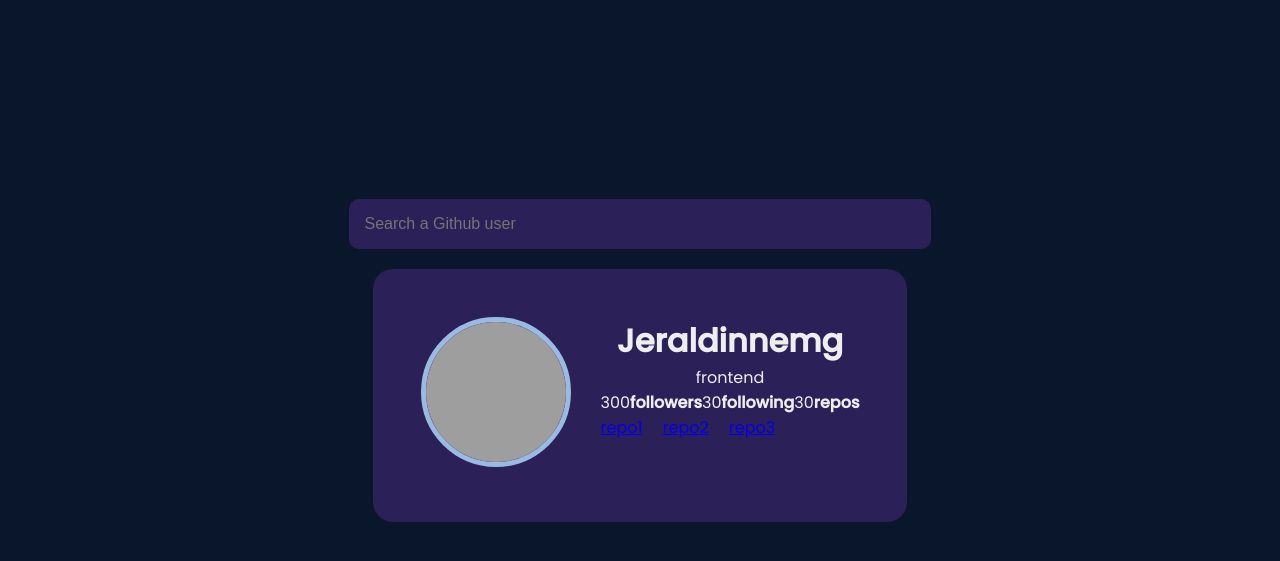
Repository: jeraldinnemg/githubprofile
Page: index.html
The author's editor kept a copy of each file at every save. The page is drawn from the files as they stood at one save, then again after the next save.
The browser window is 1280 px wide. The pictures show the whole page.
Pictures or frames that could not be fetched are drawn as grey boxes.

Above is the page before, as saved 2022-09-16 23:48:18.

After the next save:
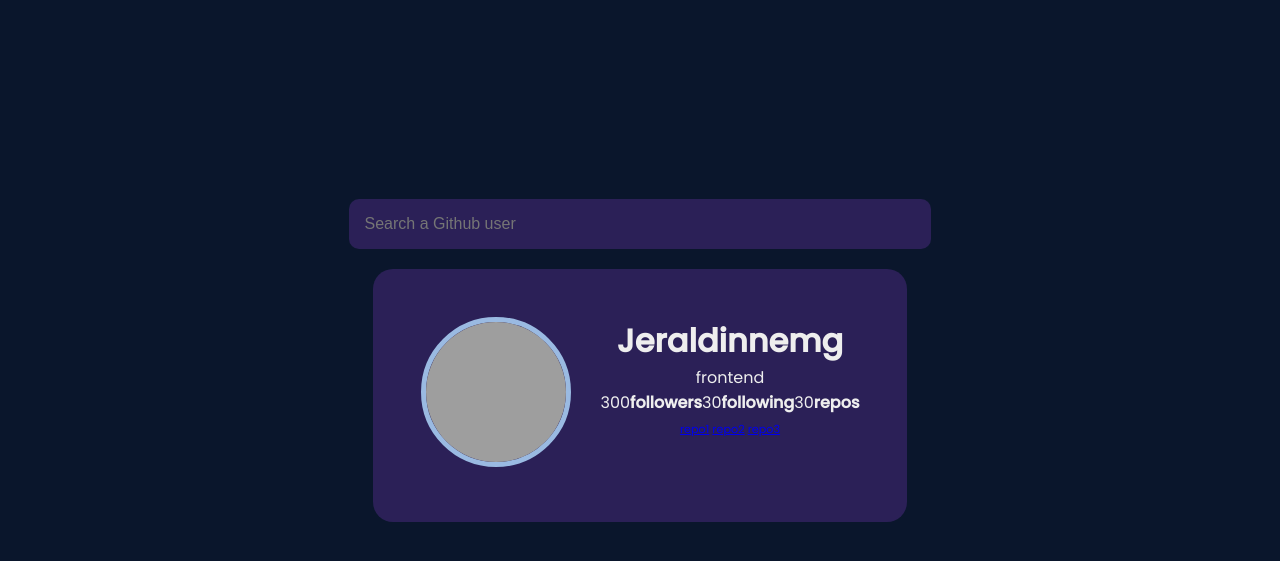
Saved 71 s later.
--- a/style.css
+++ b/style.css
@@ -101,6 +101,9 @@ img {
 
 
 .user-repos{
-    display: flex;
-    gap:20px
+    display: inline-block;
+    text-decoration: none;
+    font-size:0.7rem;
+    padding: 0.25em 0.5em;
+    margin-bottom: 0.5em;
 }
